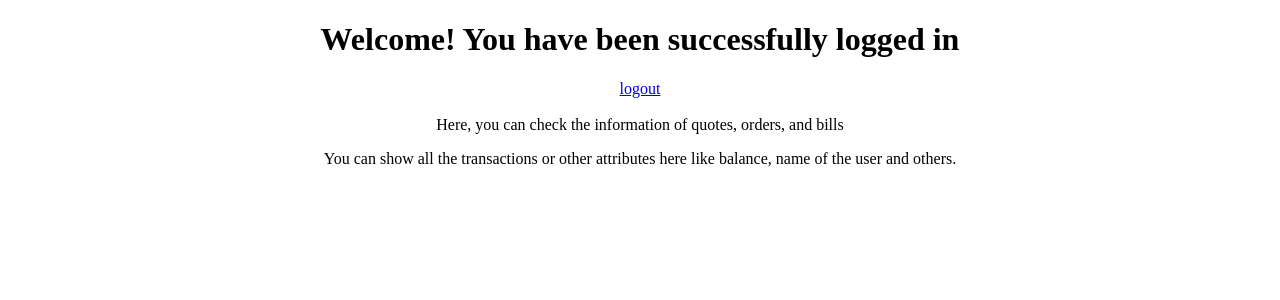
Repository: Sahithkonuganti/DatabaseProject
Page: http://localhost/database/clientpage.jsp
These files come from the project's save history. The page is drawn as it stood at one moment and after the next save; the edit follows.
The browser window is 1280 px wide. The pictures show the whole page.
The page is served by Tomcat 9.

Above is the page before, as saved 2023-10-27 20:10:44.

After the next save:
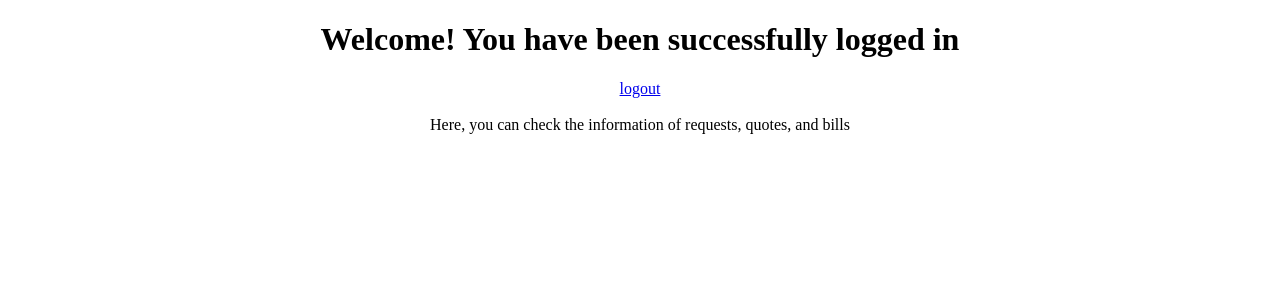
Saved 16 min 35 s later.
--- a/database/WebContent/clientpage.jsp
+++ b/database/WebContent/clientpage.jsp
@@ -15,8 +15,7 @@
 	<body>
 	 <center>
 		 <a href="login.jsp"target ="_self" > logout</a><br><br>
-		 <a>Here, you can check the information of quotes, orders, and bills</a>
-		 <p> You can show all the transactions or other attributes here like balance, name of the user and others.</p>
+		 <a>Here, you can check the information of requests, quotes, and bills</a>
 		 </center>
 	</body>
 </html>
